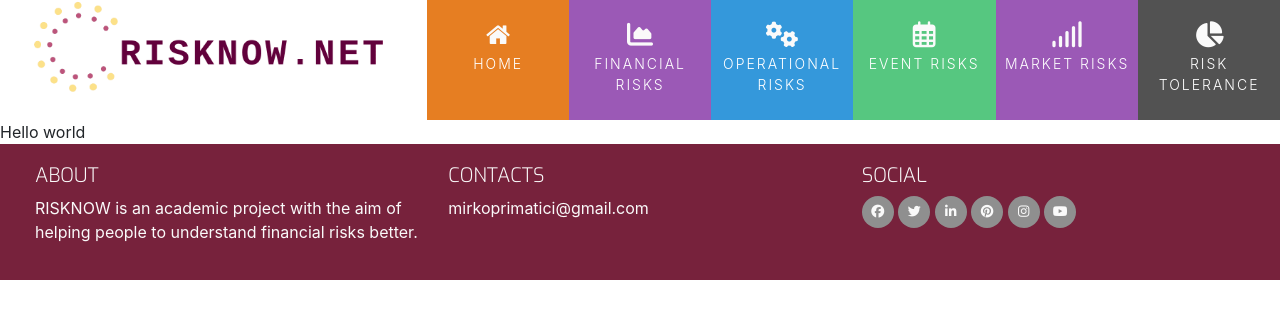
Repository: mirkoprimaticix/risknow.net
Page: index.html
The author's editor kept a record of every edit. The page is drawn from the files as they stood at one moment, then again after the next edit.
The browser window is 1280 px wide. The pictures show the whole page.
Some web libraries are served in a nearby version.

Above is the page before.
Console error: TypeError: Cannot read properties of undefined (reading 'fn')

### index.html
<!DOCTYPE html>
<html lang="en">
<head>
    <meta charset="UTF-8">
    <meta name="viewport" content="width=device-width, initial-scale=1.0">
    <meta http-equiv="X-UA-Compatible" content="ie=edge">
    <link rel="stylesheet" href="https://stackpath.bootstrapcdn.com/bootstrap/4.3.1/css/bootstrap.min.css" integrity="sha384-ggOyR0iXCbMQv3Xipma34MD+dH/1fQ784/j6cY/iJTQUOhcWr7x9JvoRxT2MZw1T" crossorigin="anonymous">
    <script src="https://stackpath.bootstrapcdn.com/bootstrap/4.3.1/js/bootstrap.min.js" integrity="sha384-JjSmVgyd0p3pXB1rRibZUAYoIIy6OrQ6VrjIEaFf/nJGzIxFDsf4x0xIM+B07jRM" crossorigin="anonymous"></script>
    <link rel="stylesheet" href="https://cdnjs.cloudflare.com/ajax/libs/hover.css/2.1.1/css/hover-min.css" type="text/css" />
    <link rel="stylesheet" href="assets/css/style.css" type="text/css" />
    <script src="https://kit.fontawesome.com/079103ba7f.js"></script>
    <link rel="stylesheet" href="https://stackpath.bootstrapcdn.com/font-awesome/4.7.0/css/font-awesome.min.css" type="text/css" />

    <title>RISKNOW</title>
</head>
<body>
    <header>
        <div class = "row no-gutters">
            <a href="index.html" class = "col-md-4 logo">

            </a>
            <div class="col-md-8">
                <div class="row no-gutters">
                    <div class="col">
                        <ul id="nav" class="list-inline menucontainer">
                            <li class="col-6 col-sm-2 list-inline-item ui-menu-color-home menuitem">
                                <a href="index.html" class="hvr-sweep-to-bottom"><i class="fa fa-home" aria-hidden="true"></i><span>Home</span></a>
                            </li>
                            <li class="col-6 col-sm-2 list-inline-item ui-menu-color-fr menuitem">
                                <a href="resume.html" class="hvr-sweep-to-bottom"><i class="fas fa-chart-area" aria-hidden="true"></i><span>Financial Risks</span></a>
                            </li>
                            <li class="col-6 col-sm-2 list-inline-item ui-menu-color-or menuitem">
                                <a href="contact.html" class="hvr-sweep-to-bottom"><i class="fas fa-cogs" aria-hidden="true"></i><span>Operational Risks</span></a>
                            </li>
                            <li class="col-6 col-sm-2 list-inline-item ui-menu-color-er menuitem">
                                <a href="assets/cv/cv-mirko.pdf" target="_blank" class="hvr-sweep-to-bottom"><i class="far fa-calendar-alt" aria-hidden="true"></i><span>Event Risks</span></a>
                            </li>
                            <li class="col-6 col-sm-2 list-inline-item ui-menu-color-mr menuitem">
                                <a href="contact.html" class="hvr-sweep-to-bottom"><i class="fas fa-signal" aria-hidden="true"></i><span>Market Risks</span></a>
                            </li>
                            <li class="col-6 col-sm-2 list-inline-item ui-menu-color-rt menuitem">
                                <a href="contact.html" class="hvr-sweep-to-bottom"><i class="fas fa-chart-pie" aria-hidden="true"></i><span>Risk Tolerance</span></a>
                            </li>
                        </ul>
                    </div>
                </div>
            </div>
        </div>
    </header>

    <section>
        Hello world
    </section>



    <footer class="container-fluid">
        <div id="footer-details" class="row">
            <div class="col-sm-4">
                <h5 class="uppercase general-sub">About</h5>
                <p class="inline-block">
                    RISKNOW is an academic project with the aim of helping people to understand financial risks better.
                </p>
            </div>
            <div class="col-sm-4">
                <h5 class="uppercase general-sub">Contacts</h5>
                <p class="inline-block">
                    mirkoprimatici@gmail.com
                </p>
            </div>
            <div class="col-sm-4">
                <h5 class="uppercase general-sub">Social</h5>
                <ul class="list-inline social-links">
                    <li class="list-inline-item">
                        <a target="_blank" href="#">
                            <i class="fa fa-facebook" aria-hidden="true"></i>
                            <span class="sr-only">Facebook</span>
                        </a>
                    </li>
                    <li class="list-inline-item">
                        <a target="_blank" href="#">
                            <i class="fa fa-twitter" aria-hidden="true"></i>
                            <span class="sr-only">Twitter</span>
                        </a>
                    </li>
                    <li class="list-inline-item">
                        <a target="_blank" href="#">
                            <i class="fa fa-linkedin" aria-hidden="true"></i>
                            <span class="sr-only">LinkedIn</span>
                        </a>
                    </li>
                    <li class="list-inline-item">
                        <a target="_blank" href="#">
                            <i class="fa fa-pinterest" aria-hidden="true"></i>
                            <span class="sr-only">Pinterest</span>
                        </a>
                    </li>
                    <li class="list-inline-item">
                        <a target="_blank" href="#">
                            <i class="fa fa-instagram" aria-hidden="true"></i>
                            <span class="sr-only">Instagram</span>
                        </a>
                    </li>
                    <li class="list-inline-item">
                        <a target="_blank" href="#">
                            <i class="fa fa-youtube" aria-hidden="true"></i>
                            <span class="sr-only">YouTube</span>
                        </a>
                    </li>
                </ul>
            </div>
        </div>
    </footer>
</body>
</html>

### assets/css/style.css
@import url('https://fonts.googleapis.com/css?family=Roboto:100,200,300,400,500,600,700|Exo:100,200,300,400,500,600,700');

/*--------------------------------------------Colors*/

.bg-color-name-title {
    background-color: #676767;
}

.bg-color-three-reasons {
    background-color: #fff;
}

.bg-color-personal-info {
    background-color: #f4f4f4;
}

.bg-color-work-history {
    background-color: #9b59b6;
}

.bg-color-contact {
    background-color: #fff;
}

.ui-menu-color-home {
    background-color: #e67e22;
}

.ui-menu-color-fr {
    background-color: #9b59b6;
}

.ui-menu-color-or {
    background-color: #3498db;
}

.ui-menu-color-er {
    background-color: #56C780;
}

.ui-menu-color-mr {
    background-color: #9b59b6;
}

.ui-menu-color-rt {
    background-color: #525252;
}

.row-table {
    display: table;
}

.section-column {
    display: table-cell;
    padding: 0 30px 30px;
    float: none;
}

.section-heading {
    font-family: "Exo", sans-serif;
    font-weight: 300;
    margin-top: 25px;
    margin-bottom: 40px;
}

/* ----------------------------------------Special paddings/margins/text */

h1,
h2,
h3,
h4 {
    margin: 0;
}

.uppercase {
    text-transform: uppercase;
}

.general-sub {
    font-family: "Exo", sans-serif;
    font-weight: 300;
    color: #fafafa;
}

.inline-block {
    display: inline-block;
}

.row-table {
    display: table;
}

.section-column {
    display: table-cell;
    padding: 0 30px 30px;
    float: none;
}

.history-heading,
.section-heading {
    font-family: "Exo", sans-serif;
    font-weight: 300;
    margin-top: 25px;
    margin-bottom: 40px;
}

/*--------------------------------------------Heading*/

header {
    margin: 0;
}

.heading {
    margin-left: 50px;
}


.logo {
    background: url("../images/logo.png");
    background-position: center;
    background-repeat: no-repeat;
    background-size: cover;
    min-height: 120px;
    transition: all .5s ease-in-out;
    -moz-transition: all .5s ease-in-out;
    -webkit-transition: all .5s ease-in-out;
}

.name {
    font-family: "Exo", sans-serif;
    font-weight: 100;
    font-size: 46px;
    margin-top: 50px;
    color: #fff;
}

.title {
    font-family: "Roboto", sans-serif;
    font-weight: 200;
    font-size: 28px;
    margin-top: 20px;
    margin-bottom: 90px;
    color: #fff;
}

.list-inline-item:not(:last-child) {
    margin: 0;
}

.menucontainer {
    font-size: 0;
}

#nav li {
    font-size: 14px;
    padding: 0;
}

#nav {
    margin: 0;
}

.menuitem {
    height: 120px;
    text-align: center;
    padding: 0;
}

.menuitem a {
    width: 100%;
    text-decoration: none;
    color: #fff;
    height: 120px;
}

.menuitem a i {
    padding-top: 22px;
    display: block;
    color: #fafafa;
    font-size: 26px;
}

.menuitem span {
    display: block;
    width: 100%;
    padding-top: 5px;
    text-align: center;
    text-transform: uppercase;
    font-size: 14px;
    font-weight: 300;
    letter-spacing: 2px;
}

/*--------------------------------------------Hover.css*/

.hvr-sweep-to-bottom:before {
    background: rgba(0, 0, 0, 0.2);
    height: 120px;
}

/* ----------------------------------------Footer */

footer {
    background-color: #77223C;
    color: #fafafa;
    min-height: 120px;
    margin: 0;
}

.social-links {
    padding-bottom: 15px;
}

.social-links li a i {
    width: 32px;
    height: 32px;
    padding: 12px 0;
    border-radius: 50%;
    font-size: 13px;
    line-height: 7px;
    text-align: center;
    color: #fafafa;
    background: #8f8f8f;
    transition: all 0.35s ease-in-out;
    -moz-transition: all 0.35s ease-in-out;
    -webkit-transition: all 0.35s ease-in-out;
    -o-transition: all 0.35s ease-in-out;
}

.social-links li a i:hover {
    background: #A4FFFA;
}

#footer-details {
    padding: 20px;
}

/* ----------------------------------------Three Reasons */

.three-reasons-icon {
    font-size: 26px;
    color: #e67e22;
}

.three-reasons-heading {
    margin-bottom: 15px;
}

/* ----------------------------------------Personal Info */

.personal-info-item {
    margin-bottom: 20px;
    display: block;
    clear: both;
}

.personal-info-item .key,
.personal-info-item .value {
    padding-right: 8px;
    display: inline-block;
}

.personal-info-item .key p,
.personal-info-item .value p {
    margin: 0;
}

.personal-info-item .key {
    width: 30%;
    margin-right: 21px;
    padding-top: 2px;
    vertical-align: top;
}

.personal-info-item .key p {
    font-weight: 700;
}

.personal-info-item .value {
    position: relative;
    width: 60%;
}

/* ----------------------------------------Skills */

.progress {
    position: relative;
    height: 25px;
    margin-bottom: 4px;
}

.progress-type {
    position: absolute;
    left: 0px;
    font-weight: 400;
    padding: 3px 30px 2px 10px;
    color: #fafafa;
    background-color: rgba(25, 25, 25, 0.2);
}

.progress-section {
    margin: 40px 20px;
}

/* ----------------------------------------Work History */

.history-heading {
    color: #fafafa;
    margin-bottom: 50px;
}

.timeline-item {
    padding: 4em 2em 0em 2em;
    position: relative;
    color: #fafafa;
    border-left: 1px solid;
}

.timeline-item p {
    padding: 0;
    margin: 0;
}

.timeline-item:before {
    content: attr(data-dates);
    position: absolute;
    left: 2.5em;
    top: 3em;
    display: block;
    font-family: "Exo", sans-serif;
    font-weight: 500;
    font-size: 0.8em;
    padding: 0;
    margin: 0;
}

.timeline-item:after {
    width: 12px;
    height: 12px;
    display: block;
    top: 2.4em;
    position: absolute;
    left: -6px;
    border-radius: 12px;
    content: '';
    background: #fafafa;
}

.history-items {
    margin-bottom: 30px;
}

/* ----------------------------------------Contact Form */

.contact-heading {
    font-family: "Exo", sans-serif;
    font-weight: 300;
    margin-top: 25px;
    margin-bottom: 20px;
}

.center-form {
    padding-top: 10px;
    margin: 0 auto;
    max-width: 70%;
}

button[type="submit"] {
    margin-top: 15px;
    margin-bottom: 20px;
    color: #fafafa;
    background-color: #e84610;
}

/* ----------------------------------------Media Queries */

@media(min-width: 992px) {
    .center-form {
        padding-top: 30px;
        min-height: 240px;
        margin: 0 auto;
        max-width: 50%;
    }
}

After the next edit:
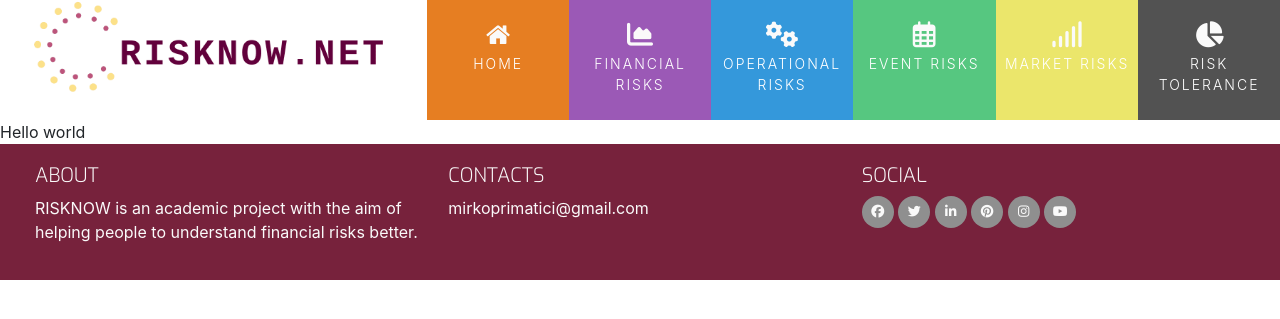
The edit:
--- a/assets/css/style.css
+++ b/assets/css/style.css
@@ -39,7 +39,7 @@
 }
 
 .ui-menu-color-mr {
-    background-color: #9b59b6;
+    background-color: #EBE66B;
 }
 
 .ui-menu-color-rt {
